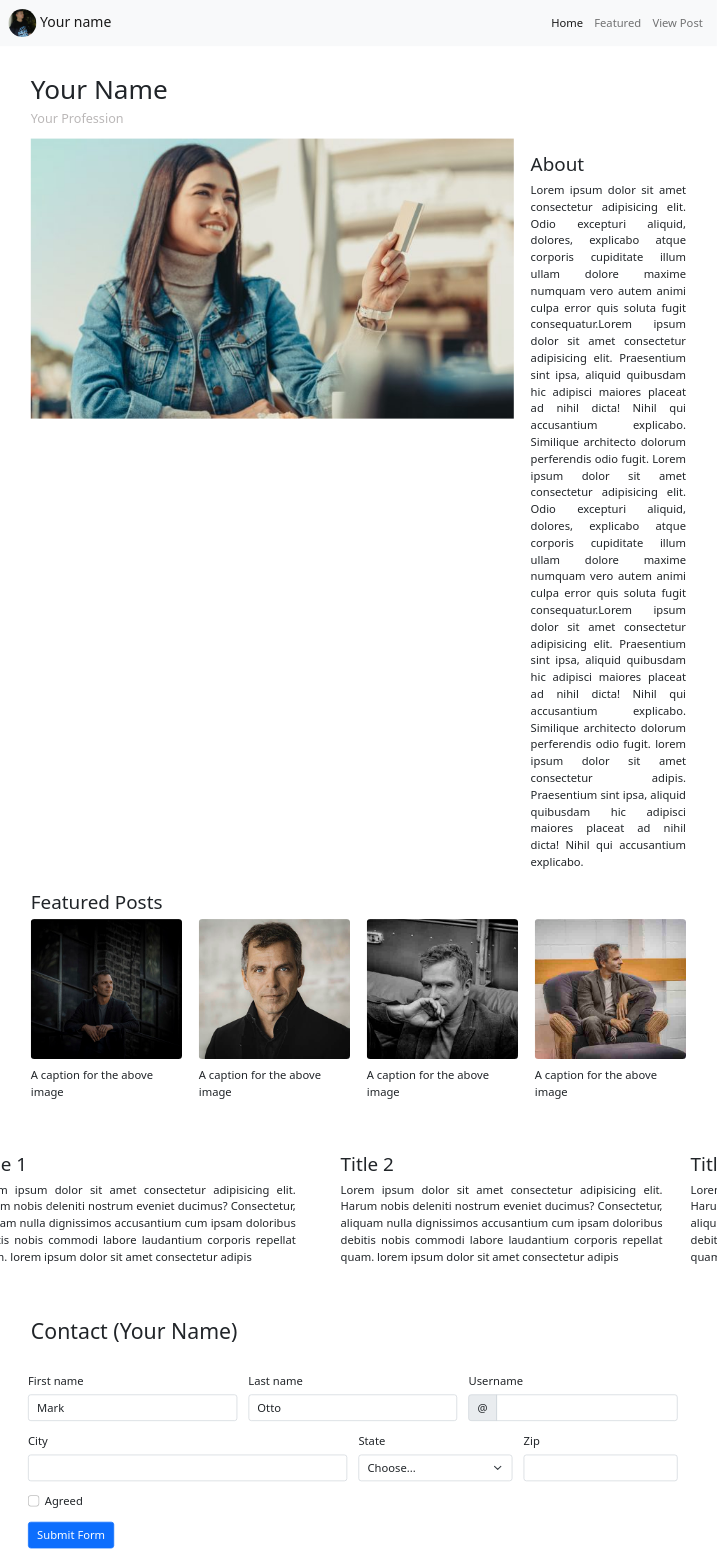
Repository: nvt01/72_1951061106_NgoVanTung
Page: BaiTh1/index.html
An editor plug-in stored every save of this project. The page is shown before and after a run of saves, followed by the edit.
The browser window is 1024 px wide. The pictures show the part of the page from y = 0 to 2240 px (the page is 2643 px tall before and 1999 px after), at 70% of full size.

Above is the page before, as saved 2021-12-01 10:58:12.

After the next 3 saves:
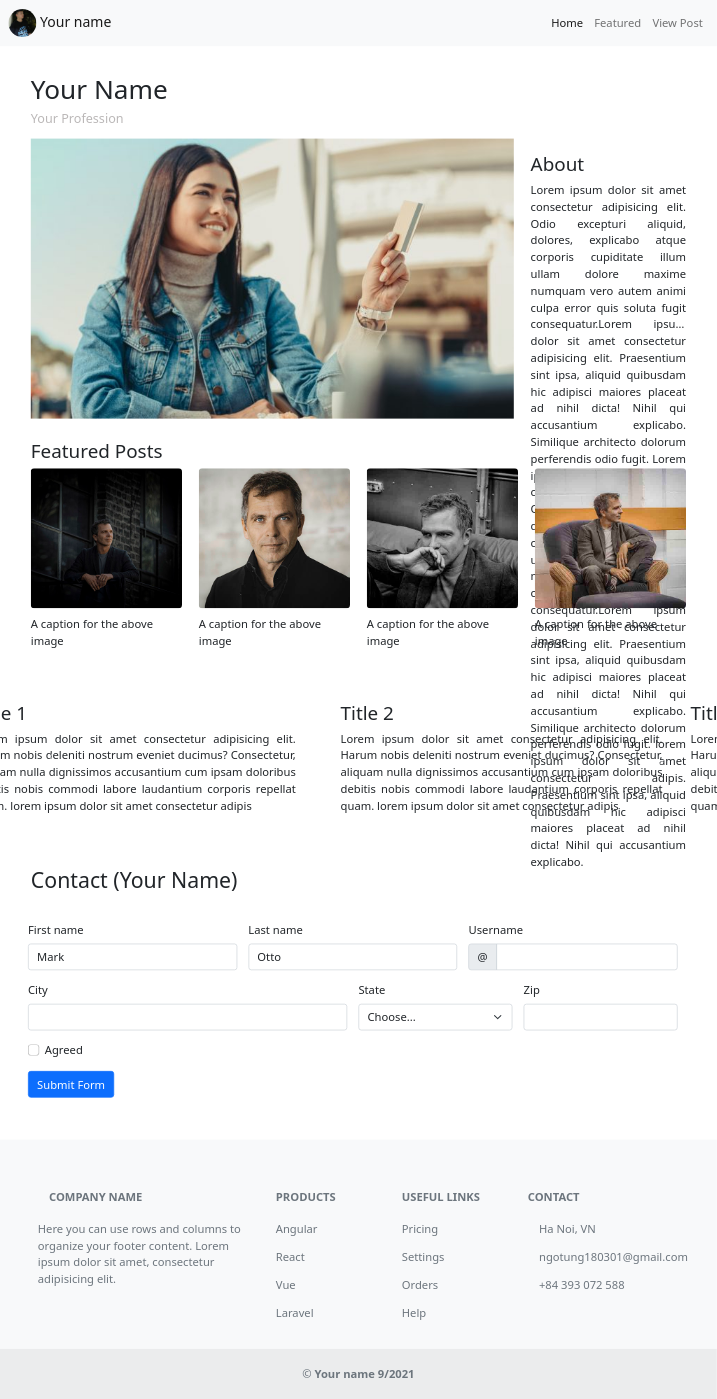
The 3 saves are shown as one change because they came seconds apart.
The last was saved 9 s later.
--- a/BaiTh1/style.css
+++ b/BaiTh1/style.css
@@ -69,7 +69,7 @@
     .content {
         display: -webkit-box;
         -webkit-box-orient: vertical;
-        -webkit-box
+        -webkit-line-clamp: 10;
     }
 }
 
